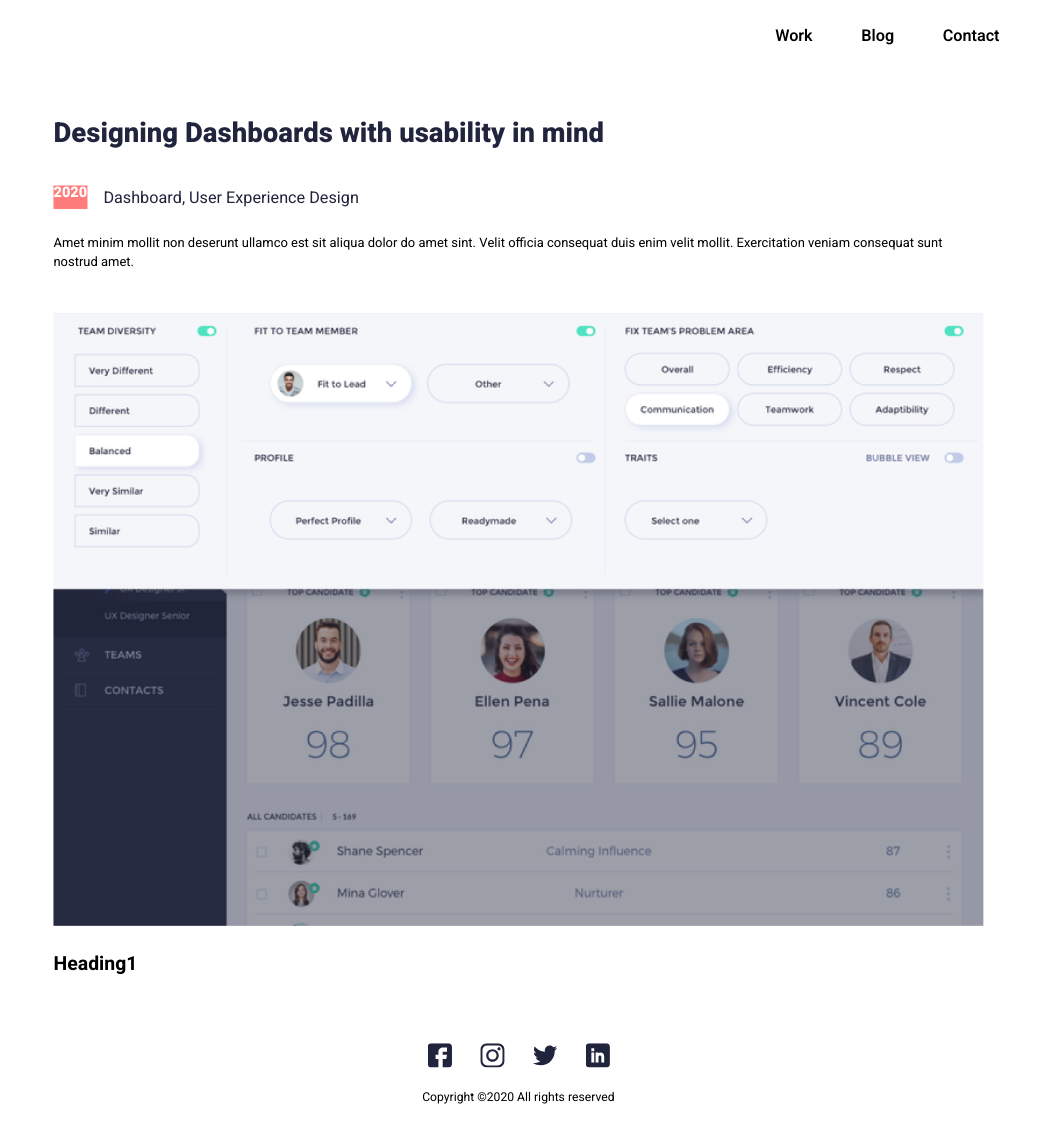
Repository: sharma171/portfolio
Page: /detailed
An editor plug-in stored every save of this project. The page is shown before and after a run of saves, followed by the edit.
The browser window is 1280 px wide. The pictures show the whole page, at 81% of full size.
The project was rebuilt for these pictures with package versions that can differ from the ones it lists, and the page was loaded fresh each time. The framework's server and built-in components were replaced by stand-ins that run in the browser. Also part of the build but not shown: next.config.mjs.

Above is the page before, as saved 2024-06-02 17:56:33.

### src/app/layout.js

import "./globals.css";


export const metadata = {
  title: "Portfolio Website",
  description: "Blogging and projects site",
};

export default function RootLayout({ children }) {
  return (
    <html lang="en">
      <body>{children}</body>
    </html>
  );
}

### src/app/detailed/layout.jsx
import "../../app/globals.css";

export const metadata = {
    title: "Portfolio Website",
    description: "Blogging and projects site",
};

export default function RootLayout({ children}) {
    return (
        <html lang="en">
            <body>
                {children}
            </body>
        </html>
    );
}

### src/app/detailed/page.jsx
import React from "react";
import Image from "next/image";
import "../page.css"
import Header from "../../components/Header"
import Footer from "../../components/Footer"
import Featured1 from "../../../public/work/detailedOne.png";

export default function DetailPage() {
    return (
        <>
        <Header />
        <section className="detailed">
            <div className="container">
                <div className="detailed-inner">
                    <h1 className="main-heading">
                    Designing Dashboards with usability in mind
                    </h1>
                    <div className="det-row">
                        <span className="date">2020</span>
                        <span className="topic">Dashboard, User Experience Design</span>
                    </div>
                    <h2 className="subheading">
                        Amet minim mollit non deserunt ullamco est sit aliqua dolor do amet sint. Velit officia consequat duis enim velit mollit. Exercitation veniam consequat sunt nostrud amet.
                    </h2>
                    <Image src={Featured1} alt="featured" className="full-w-thumb" />
                    <h1>Heading1</h1>
                </div>
            </div>
        </section>
        <Footer />
        </>
    );
}

### src/app/globals.css
@import url('https://fonts.googleapis.com/css2?family=Heebo:wght@100..900&display=swap');

:root {
  --max-width: 1180px;
  --border-radius: 12px;
  --font-mono: ui-monospace, Menlo, Monaco, "Cascadia Mono", "Segoe UI Mono",
    "Roboto Mono", "Oxygen Mono", "Ubuntu Monospace", "Source Code Pro",
    "Fira Mono", "Droid Sans Mono", "Courier New", monospace;
  --main-font: "Heebo", sans-serif;
  --weight--300: 300;
  --weight--400: 400;
  --weight--500: 500;
  --weight--600: 600;
  --weight--700: 700;
  --weight--800: 800;
  --weight--900: 900;
  --hero-button: #FF6464;
  --text-color: #21243D;
}

* {
  box-sizing: border-box;
  padding: 0;
  margin: 0;
}

html,
body {
  max-width: 100vw;
  overflow-x: hidden;
  font-family: var(--main-font);
}

a {
  color: inherit;
  text-decoration: none;
}
.container {
  max-width: var(--max-width);
  margin: 0 auto;
  padding: 0 1rem;
}
header {
  background: #fff;
}
header .header-logo {
  width: 1rem;
  height: auto;
}
.nav {
  display: flex;
  flex-direction: row;
  justify-content:space-between;
  max-width: 1280px;
  margin: 0 auto;
  padding: 0 1rem;
}
.navMenu {
  display: flex;
  flex-direction: row;
  align-items: center;
}
.navMenu .navLink {
  font-size: 1.25rem;
  font-weight: var(--weight--600);
  color: var(--primary-color);
  margin: 30px;
}
/* ------------------------ Footer ---------------------------------------- */
footer {
  background: #fff;
  padding: 50px 0;
}

footer .footer-inner {
  display: flex;
  flex-direction: column;
  justify-content: center;
  align-items: center;
  gap: 18px;
}
footer .social-row {
  display: flex;
  flex-direction: row;
  justify-content: space-between;
  align-items: center;
  gap: 35px;
}
footer .social-row .social .social-img {
  width: 30px;
  image: 30px;
}
footer .footer-inner .copyright {
  font-size: 15px;
}

### src/app/page.css
.main {
  display: flex;
  flex-direction: column;
  min-height: 100vh;
}
/* ----------------- hero section ----------------- */
.hero .hero-row {
  display: flex;
  flex-direction: row;
}
.hero .hero-lhs {
  width: 70%;
}
.hero .hero-lhs .hero-cta {
  display: flex;
  flex-direction: column;
  gap: 40px;
  margin-top: 140px;
  margin-bottom: 70px;
}
.hero .hero-lhs .hero-cta .main-head {
  font-size: 44px;
  line-height: 3.75rem;
  font-weight: 700;
}
.hero .hero-lhs .hero-cta .sub-head {
  font-size: 16px;
  line-height: 1.5rem;
  font-weight: 400;
  max-width: 500px;
}
.hero .hero-lhs .hero-cta .cta-button {
  padding: 14px 20px;
  font-size: 1.15rem;
  line-height: 19px;
  font-weight: 500;
  font-family: "Heebo", sans-serif;
  margin-right: auto;
  background: var(--hero-button);
  color: #fff;
  border: none;
}
.hero .hero-rhs {
  width: 30%;
  display: flex;
  justify-content: flex-start;
  align-items: center;
}
.hero .hero-rhs .hero-img {
  position: relative;
}
.hero .hero-rhs .hero-img .image {
  width: 283px;
  height: 283px;
  z-index: 1;

}
.hero .hero-rhs .hero-img::after {
  content: "";
  position: absolute;
  top: 13px;
  left: -5px;
  width: 283px;
  height: 283px;
  background: #EDF7FA;
  z-index: -1;
  border-radius: 300px;
}

/* -------------------------  Home Blog Section --------------------------------------- */

.home-blog {
  background: #EDF7FA;
}
.home-blog .blog-head {
  display: flex;
  flex-direction: row;
  justify-content: space-between;
  align-items: center;
  margin-top: 7px;
}
.home-blog .blog-head .heading {
  font-size: 22px;
  line-height: 60px;
  font-weight: 400;
  color: var(--text-color);
}
.home-blog .blog-head .more-link {
  font-size: 16px;
  font-weight: 400;
  color: #00A8CC;
}

/* ----------------------- Blog Carousel ----------------------------------------- */
.blog-carousel .blog-image {
  display: none;
}
.blog-carousel {
  display: flex;
  flex-direction:row;
  overflow: hidden;
  max-width: 100%;
  padding-bottom: 32px;
}
.blog-carousel .blog-item {
  background-color: #fff;
  box-shadow: #bbe1fa3d 0 4px 10px 0;
  padding: 25px;
  display: flex;
  flex-direction: column;
  gap: 25px;
}
.blog-carousel .blog-item:nth-child(odd){
  margin-right: 10px;
}
.blog-carousel .blog-item:nth-child(even) {
  margin-left: 10px;
}
.blog-carousel .blog-item .blog-item-head {
  /* margin-bottom: 17px; */
}
.blog-carousel .blog-item .blog-item-head .head {
  font-size: 32px;
  line-height: 1.3em;
  font-weight: 700;
  color: var(--text-color);
}
.blog-carousel .blog-info {
  display: flex;
  flex-direction: row;
  gap: 25px;
  /* margin-bottom: 11px; */
}
.blog-carousel .blog-info .divline {
  width: 1px;
  height: 15.799999999999958px;
  margin-top: 4px;
  background: var(--text-color);
}
.blog-carousel .blog-info .date {
  font-size: 18px;
  line-height: 26px;
  color: var(--text-color);
  font-weight: 400;
}
.blog-carousel .blog-info .author {
  font-size: 18px;
  line-height: 26px;
  color: var(--text-color);
  font-weight: 400;
}
.blog-carousel .blog-info .blog-para .para{
  font-size: 16px;
  line-height: 24px;
  color: var(--text-color);
  font-weight: 400;
}

/* ---------------------------- Featured Works -------------------------------------------------------------------- */

.featured-home {
  background: #fff;
}
.featured-home .top-heading {
  display: flex;
  flex-direction: row;
  justify-content: space-between;
  align-items: center;
  margin-top: 17px;
  margin-bottom: 22px;
}
.featured-home .top-heading .head {
  font-size: 22px;
  color: var(--text-color);
  line-height: 60px;
  font-weight: 500;
}
.workcards {
  display: flex;
  flex-direction: column;
  gap: 40px;
  padding-bottom: 80px;
}
.workcards .card-item {
  display: flex;
  flex-direction: row;
  position: relative;
}
.workcards .card-item::after{
  content: "";
  position: absolute;
  top: calc(100% + 20px);
  left: 0;
  width: 100%;
  height: 1px;
  background: #E0E0E0;
}
.workcards .card-item .card-thumb {
  width: 250px;
  height: 180px;
  margin-right: 18px;
}
.workcards .card-item .card-thumb .thumb-img {
  width: 250px;
  height: 180px;
  object-fit: cover;
  border-radius:6px;
}
.workcards .card-item .card-info {
  display: flex;
  flex-direction: column;
  margin-left: 18px;
  gap: 24px;
}
.workcards .card-item .card-info .heading {
  font-size: 32px;
  font-weight: 800;
  line-height: 30px;
  color: var(--text-color);
}
.workcards .card-item .card-info .info-row {
  display: flex;
  flex-direction: row;
  gap: 25px;
}
.workcards .card-item .card-info .info-row .date {
  font-size: 18px;
  line-height: 17px;
  font-weight: 900;
  padding: 6px 10px 5px 10px;
  border-radius: 16px;
  color: #fff;
  background: #142850;
}
.workcards .card-item .card-info .info-row .topic {
  font-size: 20px;
  color: #8695A4;
}
.workcards .card-item .card-info .info-para {
  font-size: 18px;
  line-height: 24px;
  color: #21243D;
  font-weight: 400;
  width: 90%;
}
/* ------------------------------ Category Pages -------------- */
.work-category .container {
  max-width: 900px;
}
.blog-category .container {
  max-width: 900px;
}
.cat-head {
  padding-top: 80px;
  padding-bottom: 25px;
}
.cat-head h3 {
  font-size: 44px;
  line-height: 60px;
  font-weight: 700;
}
.blog-cards {
  display: flex;
  flex-direction: column;
  gap: 60px;
  padding-bottom: 80px;
}
.blog-cards .card-item {
  display: flex;
  flex-direction: column;
  gap: 10px;
  position: relative;
}
.blog-cards .card-item::after {
  content: "";
  position: absolute;
  top: calc(100% + 30px);
  left: 0;
  width: 100%;
  height: 1px;
  background: #E0E0E0;
}
.blog-cards .card-item .info-row .width-div {
  width: 1px;
  height: 15.799999999999958px;
  margin-top: 4px;
  background: var(--text-color);
}
.blog-cards .card-item .heading {
  font-size: 30px;
  font-weight: 600;
  line-height: 44px;
  color: var(--text-color);
}
.blog-cards .card-item .info-row {
  display: flex;
  flex-direction: row;
  gap: 20px;
}
.blog-cards .card-item .info-row .date {
  font-size: 20px;
  line-height: 29px;
  color: var(--text-color);
  font-weight: 400;
}
.blog-cards .card-item .info-row .topic {
  font-size: 20px;
  line-height: 29px;
  color: #8695A4;
  font-weight: 400;
}
.blog-cards .card-item .info-para {
  font-size: 16px;
  line-height: 24px;
  color: var(--text-color);
}
/* --------------------------- Detailed Page ------------------------------------------------------------- */
.detailed .detailed-inner {
  display: flex;
  flex-direction: column;
  gap: 30px;
  padding-top: 50px;
  padding-bottom: 30px;
}
.detailed .detailed-inner .main-heading {
  font-size: 34px;
  line-height: 50px;
  font-weight: 800;
  margin-bottom: 10px;
  color: var(--text-color);
}
.detailed .detailed-inner .det-row {
  display: flex;
  flex-direction: row;
  gap: 20px;
}
.detailed .detailed-inner .det-row .date {
  font-size: 18px;
  font-weight: 800;
  color:#fff;
  line-height: 17px;
  background: #FF7C7C;
}
.detailed .detailed-inner .det-row .topic {
  font-size: 20px;
  line-height: 29px;
  font-weight: 400;
  color: var(--text-color);
}
.detailed .detailed-inner .subheading {
  font-size: 16px;
  line-height: 24px;
  color: #000;
  font-weight: 400;
}
.detailed .detailed-inner .full-w-thumb {
  width: 100%;
  height:auto;
  aspect-ratio: 680/460;
}

### src/components/Header.jsx
import React from "react";
import "../app/globals.css";

const navLink = [
    {
        name: "Work",
        link: "/"
    },
    {
        name: "Blog",
        link: "/blog"
    },
    {
        name: "Contact",
        link: "/contact"
    },
]

const Header = () => {
    return(
        <header>
            <nav className="nav">
                <a href="/">

                </a>
                <div className="navMenu">
                    {navLink.map((item, index) => (
                        <a href={item.link} className="navLink" key={index}>{item.name}</a>
                    ))}
                </div>
            </nav>
        </header>
    )
}

export default Header;

### src/components/Footer.jsx
import React from "react";

import Image from "next/image"

import FacebookIcon from "../../public/social/facebook.svg"
import InstagramIcon from "../../public/social/instagram.svg"
import TwitterIcon from "../../public/social/twitter.svg"
import LinkedinIcon from "../../public/social/Linkedin.svg"

const Footer = () => {
    return(
        <>
        <footer>
            <div className="container">
                <div className="footer-inner">
                    <div className="social-row">
                        <a href="" className="social">
                            <Image src={FacebookIcon} alt="icon" className="social-img" />
                        </a>
                        <a href="" className="social">
                            <Image src={InstagramIcon} alt="icon" className="social-img" />
                        </a>
                        <a href="" className="social">
                            <Image src={TwitterIcon} alt="icon" className="social-img" />
                        </a>
                        <a href="" className="social">
                            <Image src={LinkedinIcon} alt="icon" className="social-img" />
                        </a>
                    </div>
                    <span className="copyright">
                        Copyright ©2020 All rights reserved
                    </span>
                </div>
            </div>
        </footer>
        </>
    )
};
export default Footer;

After the next 3 saves:
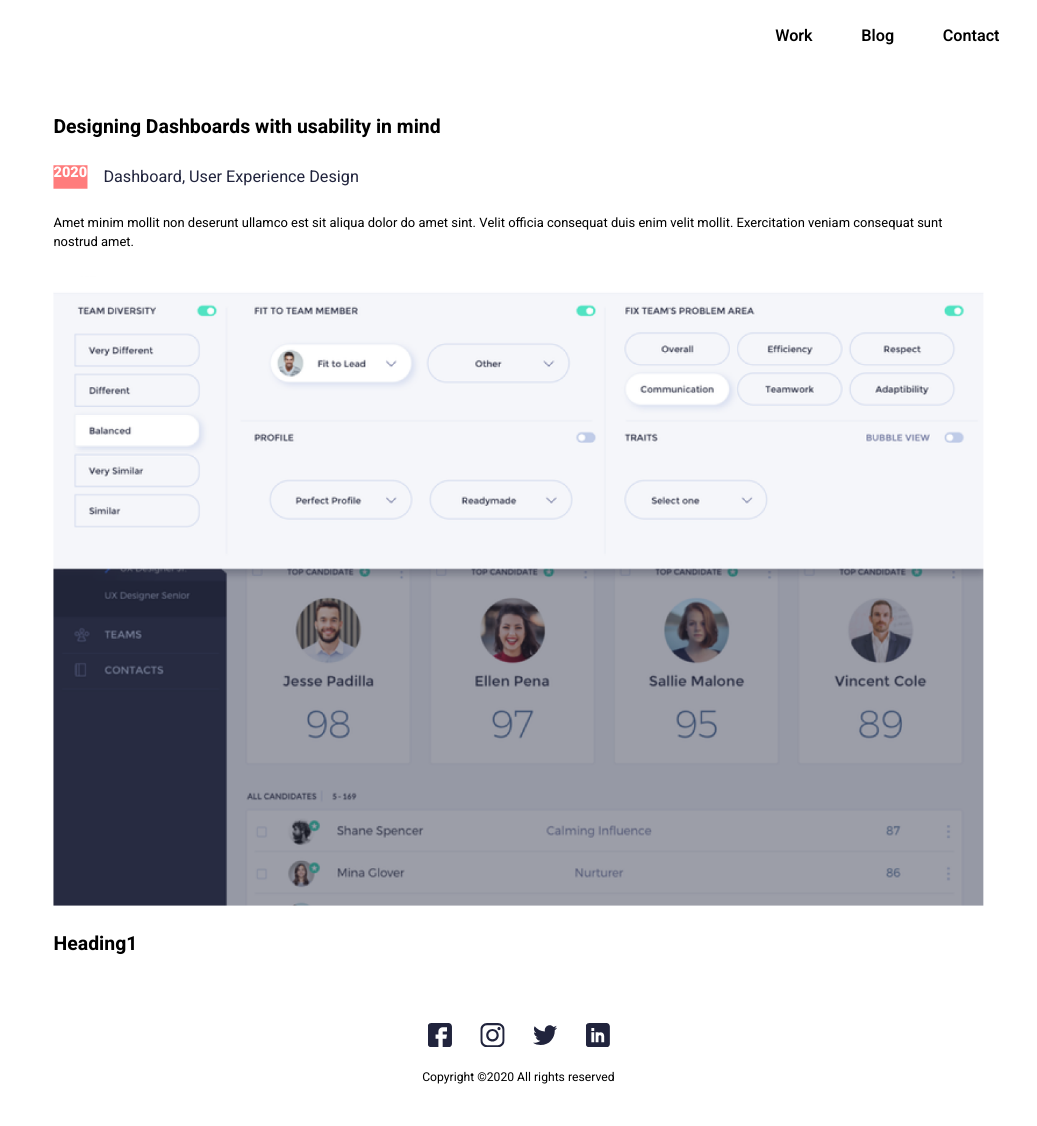
The 3 saves are shown as one change because they came seconds apart.
The last was saved 28 s later.
--- a/src/app/page.css
+++ b/src/app/page.css
@@ -322,7 +322,7 @@
   padding-top: 50px;
   padding-bottom: 30px;
 }
-.detailed .detailed-inner .main-heading {
+.detailed .detailed-inner .main-headingh1 {
   font-size: 34px;
   line-height: 50px;
   font-weight: 800;
@@ -358,3 +358,6 @@
   height:auto;
   aspect-ratio: 680/460;
 }
+.detailed .detailed-inner h1 {
+
+}

After the save that followed:
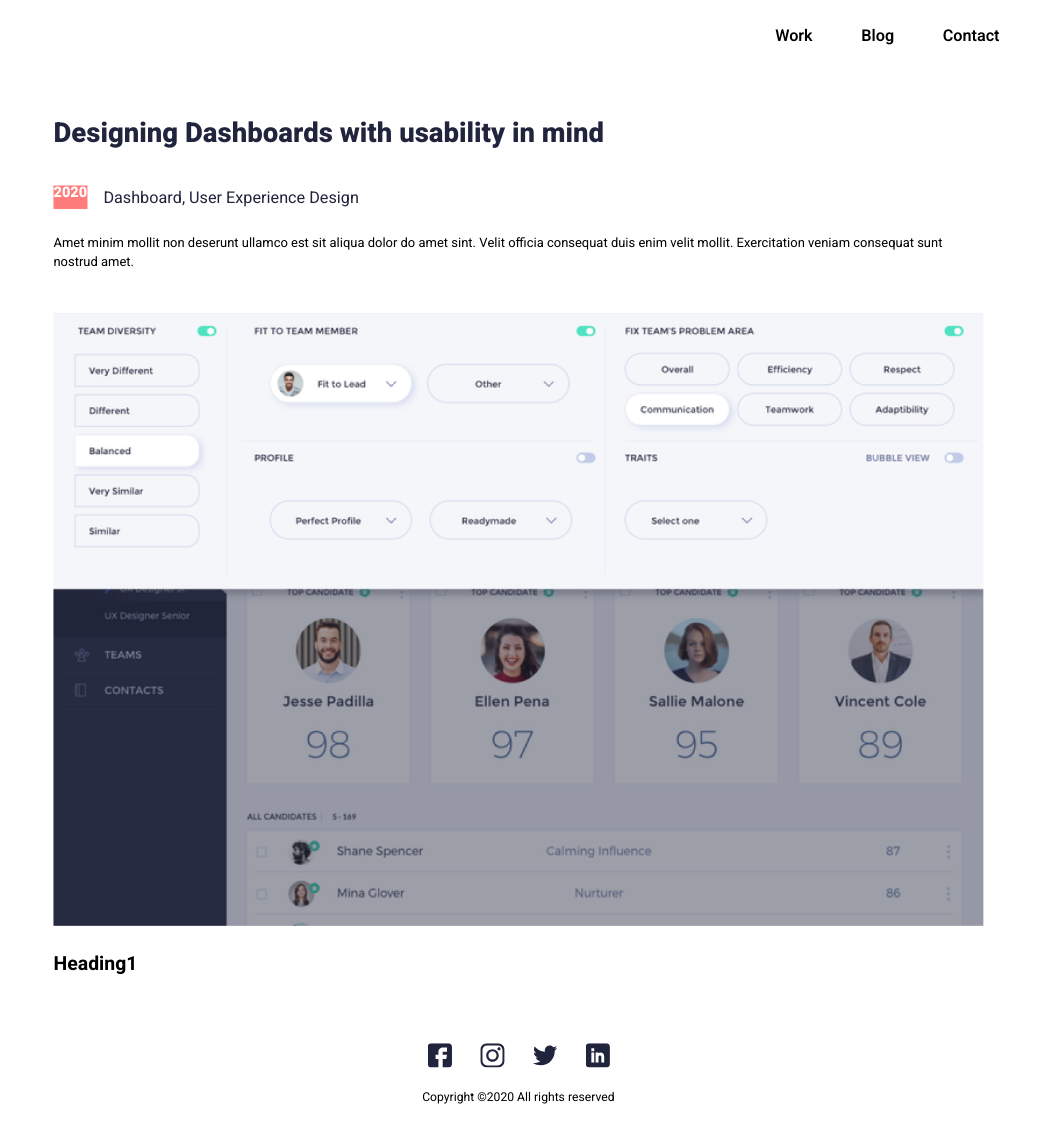
Saved 6 s later.
--- a/src/app/page.css
+++ b/src/app/page.css
@@ -322,7 +322,7 @@
   padding-top: 50px;
   padding-bottom: 30px;
 }
-.detailed .detailed-inner .main-headingh1 {
+.detailed .detailed-inner h1.main-heading {
   font-size: 34px;
   line-height: 50px;
   font-weight: 800;
